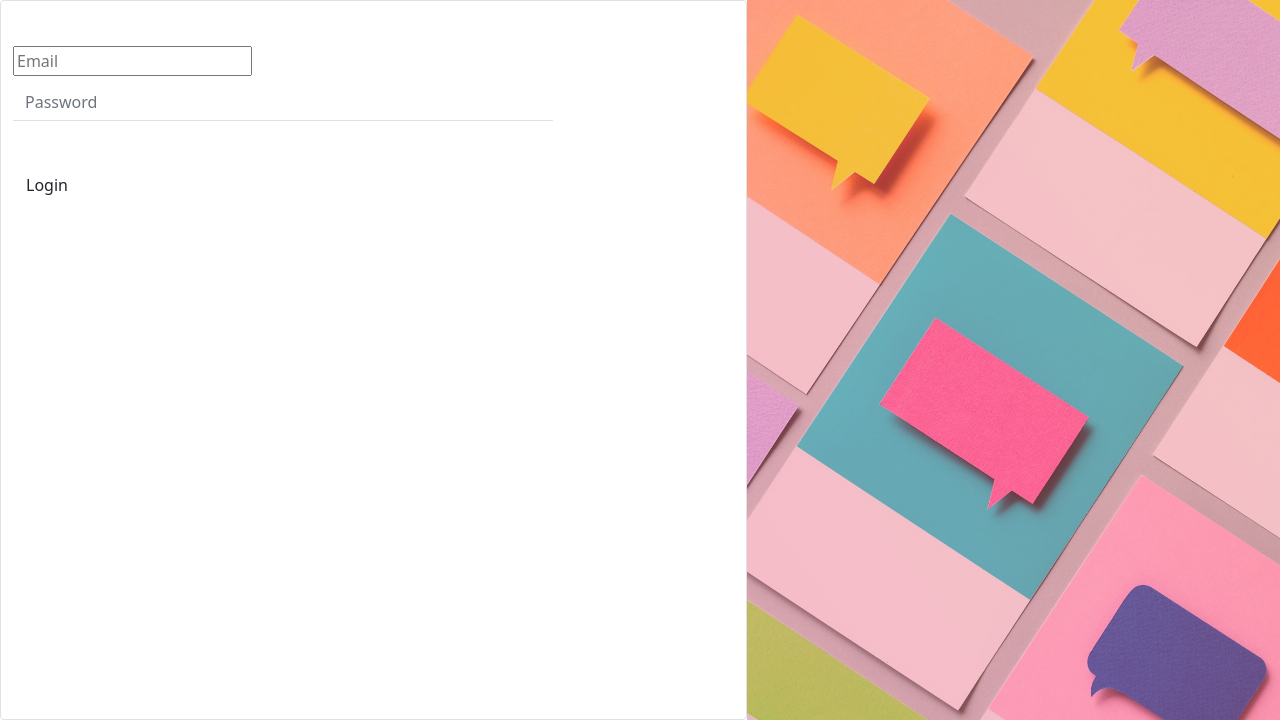
Repository: SaudCh/React-login
Page: /login
An editor plug-in stored every save of this project. The page is shown before and after the next save, followed by the edit.
The browser window is 1280 px wide. The pictures show the whole page.
The project was rebuilt for these pictures with package versions that can differ from the ones it lists, and the page was loaded fresh each time. Also part of the build but not shown: src/Components/Register/RegsiterCss.js, src/Components/Register/RegisterValidation.js, src/Components/Register/Register.jsx, src/Components/Home/Home.jsx.

Above is the page before, as saved 2022-02-06 12:11:20.

After the next save:
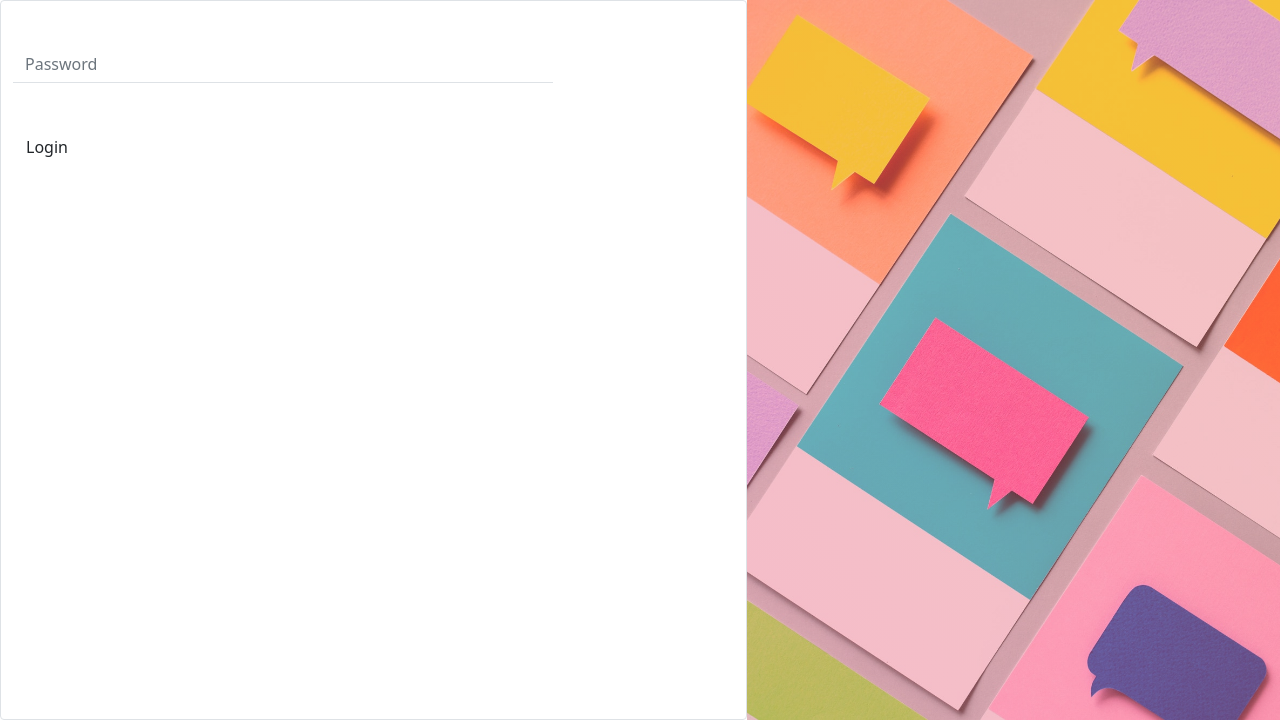
Saved 16 s later.
--- a/src/Components/Login/Login.css
+++ b/src/Components/Login/Login.css
@@ -8,6 +8,9 @@
 
   background: linear-gradient(to top right, var(--primary), var(--secondary)),
     url("../Images/back.jpg") no-repeat center center / cover;
+}
+.login-input-field{
+  display: none;
 }
 
 input:hover,

After the save that followed:
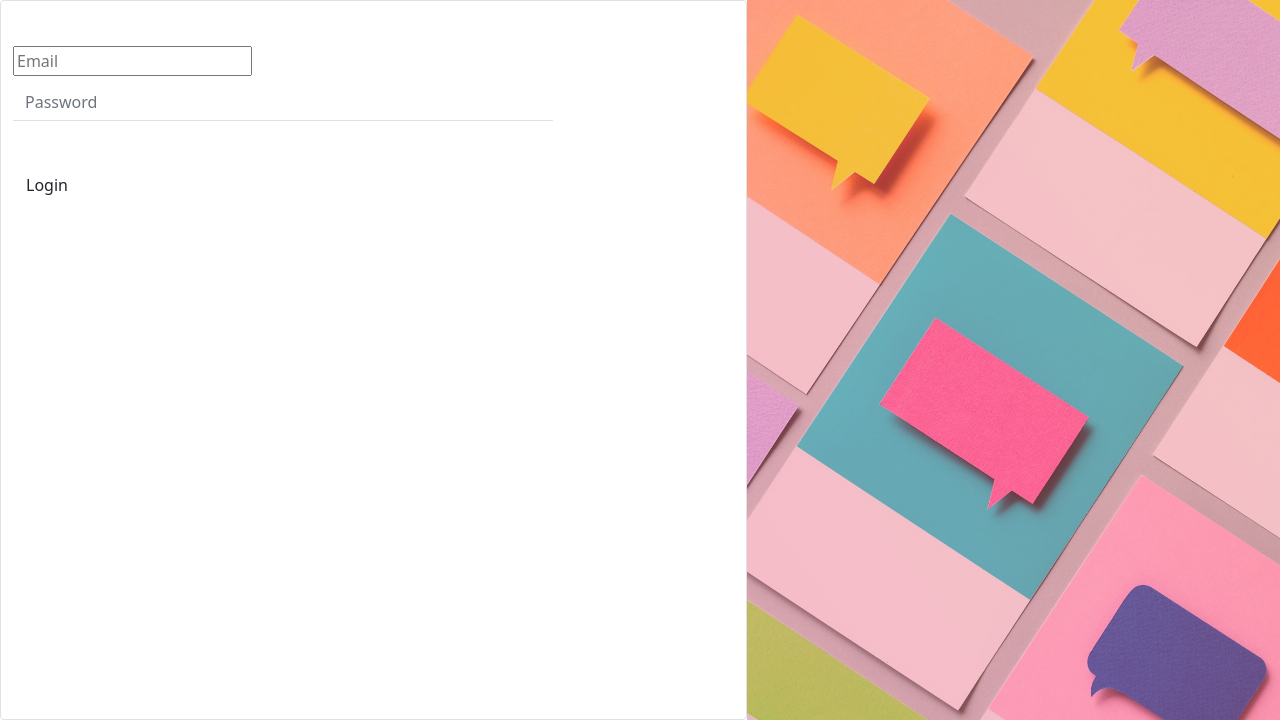
Saved 16 s later.
--- a/src/Components/Login/Login.css
+++ b/src/Components/Login/Login.css
@@ -10,7 +10,7 @@
     url("../Images/back.jpg") no-repeat center center / cover;
 }
 .login-input-field{
-  display: none;
+
 }
 
 input:hover,
